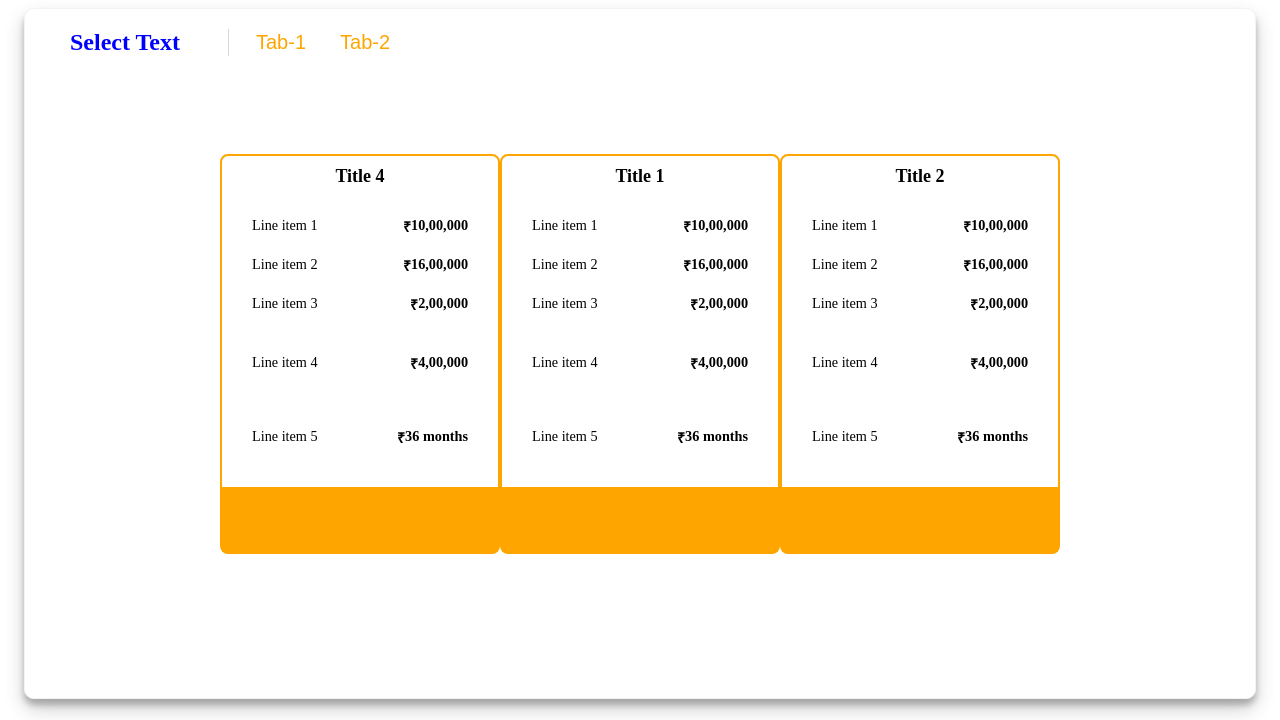
Repository: Adityanarayan-tiwari/Cardbox
Page: index.html
An editor plug-in stored every save of this project. The page is shown before and after a run of saves, followed by the edit.
The browser window is 1280 px wide. The pictures show the whole page.

Above is the page before, as saved 2020-07-25 13:37:10.

### index.html
<!DOCTYPE html>
<html lang="en">
<head>
    <meta charset="UTF-8">
    <meta name="viewport" content="width=device-width, initial-scale=1.0">
    <title>CardBox</title>
    <link rel="stylesheet" href="./index.css">
</head>
<body>




    <!-- Page Wrapper -->
    <div class="page-wrapper">
        <div class="page-heading">
            <h2>Select Text</h2>
            <button class="prev">Tab-1</button>
            <button class="next">Tab-2</button>
        </div>

        <!-- Card Slider -->
        <div class="card-slider">

            <!--  Card Wrapper -->
                <div class="card-wrapper">
                    <div class="card">
                        <h3>Title 1</h3>
                    <div class="card-content">
                        <ul>
                            <li>Line item 1</li>
                            <li><span>&#8377</span>10,00,000</li>
                        </ul>
                        <ul>
                            <li>Line item 2</li>
                            <li><span>&#8377</span>16,00,000</li>
                        </ul>
                        <ul>
                            <li>Line item 3</li>
                            <li><span>&#8377</span>2,00,000</li>
                        </ul>
                        <ul>
                            <li>Line item 4</li>
                            <li><span>&#8377</span>4,00,000</li>
                        </ul>
                        <ul>
                            <li>Line item 5</li>
                            <li><span>&#8377</span>36 months</li>
                        </ul>
                    </div>
                    <div class="lower"></div>
                    </div>
                    <div class="card">
                        <h3>Title 2</h3>
                    <div class="card-content">
                        <ul>
                            <li>Line item 1</li>
                            <li><span>&#8377</span>10,00,000</li>
                        </ul>
                        <ul>
                            <li>Line item 2</li>
                            <li><span>&#8377</span>16,00,000</li>
                        </ul>
                        <ul>
                            <li>Line item 3</li>
                            <li><span>&#8377</span>2,00,000</li>
                        </ul>
                        <ul>
                            <li>Line item 4</li>
                            <li><span>&#8377</span>4,00,000</li>
                        </ul>
                        <ul>
                            <li>Line item 5</li>
                            <li><span>&#8377</span>36 months</li>
                        </ul>
                    </div>
                    <div class="lower"></div>
                    </div>
                    <div class="card">
                        <h3>Title 3</h3>
                    <div class="card-content">
                        <ul>
                            <li>Line item 1</li>
                            <li><span>&#8377</span>10,00,000</li>
                        </ul>
                        <ul>
                            <li>Line item 2</li>
                            <li><span>&#8377</span>16,00,000</li>
                        </ul>
                        <ul>
                            <li>Line item 3</li>
                            <li><span>&#8377</span>2,00,000</li>
                        </ul>
                        <ul>
                            <li>Line item 4</li>
                            <li><span>&#8377</span>4,00,000</li>
                        </ul>
                        <ul>
                            <li>Line item 5</li>
                            <li><span>&#8377</span>36 months</li>
                        </ul>
                    </div>
                    <div class="lower"></div>
                    </div>
                    <div class="card">
                        <h3>Title 4</h3>
                    <div class="card-content">
                        <ul>
                            <li>Line item 1</li>
                            <li><span>&#8377</span>10,00,000</li>
                        </ul>
                        <ul>
                            <li>Line item 2</li>
                            <li><span>&#8377</span>16,00,000</li>
                        </ul>
                        <ul>
                            <li>Line item 3</li>
                            <li><span>&#8377</span>2,00,000</li>
                        </ul>
                        <ul>
                            <li>Line item 4</li>
                            <li><span>&#8377</span>4,00,000</li>
                        </ul>
                        <ul>
                            <li>Line item 5</li>
                            <li><span>&#8377</span>36 months</li>
                        </ul>
                    </div>
                    <div class="lower"></div>
                    </div>
                </div>
            <!-- // Card Wrapper -->

        </div>
        <!-- // Card Slider -->

    </div>
    <!-- // Page Wrapper -->







    <!-- JQuery cdn Link -->
    <script src="https://code.jquery.com/jquery-3.5.1.slim.min.js"></script>

    <!-- Slick Carousel JS cdn Link -->
    <script type="text/javascript" src="https://cdn.jsdelivr.net/npm/slick-carousel@1.8.1/slick/slick.min.js"></script>

    <!-- Custom JavaScript -->
    <script src="./index.js"></script>
</body>
</html>

### index.css




.page-wrapper{
    max-width: 1200px;
    margin: 0 auto;
    padding: 0 15px;
    border: 1px solid #f3f3f3;
    box-shadow: 0 10px 20px rgba(0,0,0,0.19), 0 6px 6px rgba(0,0,0,0.23);
    border-radius: 10px;
}



.page-heading{
    display: flex;
}
.page-heading h2 {
    margin: 20px 30px;
    color: blue;
    padding-right: 4%;
    border-right: 1px solid rgb(223, 213, 213);
    margin-right: 10px;
}
.page-heading .next,.prev {
    margin: 10px;
    display: block;
    background: transparent;
    border: 1px solid transparent;
    color: orange;
    font-size: 20px;
    outline: none;
    cursor: pointer;
}
.page-heading .next:hover{
    text-decoration: underline;
}
.page-heading .prev:hover{
    text-decoration: underline;
}



.card-slider{
    margin: 2% auto 0% auto;
    /* background-color:yellowgreen; */
    /* border: 1px solid black;     */
}
.card-slider .card-wrapper{
    width: 70%;
    height: 550px;
    margin: 0 auto;
    overflow: hidden;
    /* background-color: bisque; */
    /* border:1px solid green; */
    padding: 2% 0;
}


.card-slider .card-wrapper .card{
    max-width: 300px;
    min-height: 400px;
    margin: 30px 0px 20px 0px;

    border: 2px solid orange;
    border-radius: 8px;
    background:white;
    outline: none;
    box-sizing:border-box;

    display: inline-block;
    position: relative;
}
.card:hover:after{
    position: absolute;
    content:'';
    bottom:-15px;
    width: 100%;
    height: 6px;
    border-radius: 40%;
    background:rgb(247, 243, 243);
}


.card h3{
    font-size: 18px;
    margin:0 auto;
    margin-top: 10px;
    margin-bottom:0px;
    text-align: center;
}


.card-content{
    padding: 20px 10px;
    padding-bottom: 60px;
}
.card-content ul{
    padding: 0;
    margin: 0;
    padding: 10px 0;
    display: flex;
    justify-content: space-between;
}
.card-content ul li{
    list-style: none;
    display: flex;
    padding: 0 20px;
    font-size: 0.89em;
}
.card-content ul li:nth-child(2){
    font-weight: bold;
}

.card-content ul:nth-child(4) {
    padding-top: 30px;
    padding-bottom: 35px;
}
.card-content ul:nth-child(5){
    padding-top: 20px;
    padding-bottom: 5px;
}
.lower {
    width: 100%;
    background: orange;
    height: 65px;
    box-sizing: border-box;
    position: absolute;
    bottom: 0;
    padding-top: 10px;
}


    /* card hover  */

.card.active:hover {
    /* transform: scale(1.3); */
    transform:  translateX(0px) translateY(-36px) translateZ(0px) scale(1.2);
    transition: 1s ease-in-out;
    z-index: 1;
}

.card.active:hover h3{
    background: orange;
    border-radius: 20px;
    color: white;
    padding: 1% 3% 4% 3%;
    position: absolute;
    top: -3%;
    left: 50%;
    transform: translate(-50%,-50%);
    width: 150px;
}
.card:hover .middle {
    padding-top: 50px;
    padding-bottom: 60px;
}

.slick-slide + .slick-slide {
    pointer-events: none;
}
.slick-slide + .slick-current  {
    pointer-events: fill;
}



.card-wrapper .card:nth-child(1){
    order: 1;
    /* pointer-events: none; */
}
.card-wrapper .card:nth-child(2){
    order: 2;
}

### index.js
$(document).ready(function(){
    $('.card-wrapper').slick({

    slidesToShow: 3,
    slidesToScroll: 1,

    accessibility: true,
    adaptiveHeight: true,
    centerMode: true,
    centerPadding: '0px',

    nextArrow:$('.next'),
    prevArrow:$('.prev'),
    responsive: [
    {
        breakpoint: 1240,
        settings: {
            arrows: true,
            slidesToShow: 3
        }
        },
        {
        breakpoint: 768,
        settings: {
            arrows: false,
            slidesToShow: 3
        }
        },
        {
        breakpoint: 480,
        settings: {
            arrows: false,
            slidesToShow: 1
        }
        }
    ]

    });
    $('.card-wrapper').on('afterChange', function(event, slick, currentSlide){
        $('.card').removeClass('active');
        $('.card').addClass('active');
    });

    $('.card-wrapper').on('beforeChange', function(event, slick, currentSlide){
        $('.card').removeClass('active');
        $('.card').addClass('active');
    });
});

After the next 3 saves:
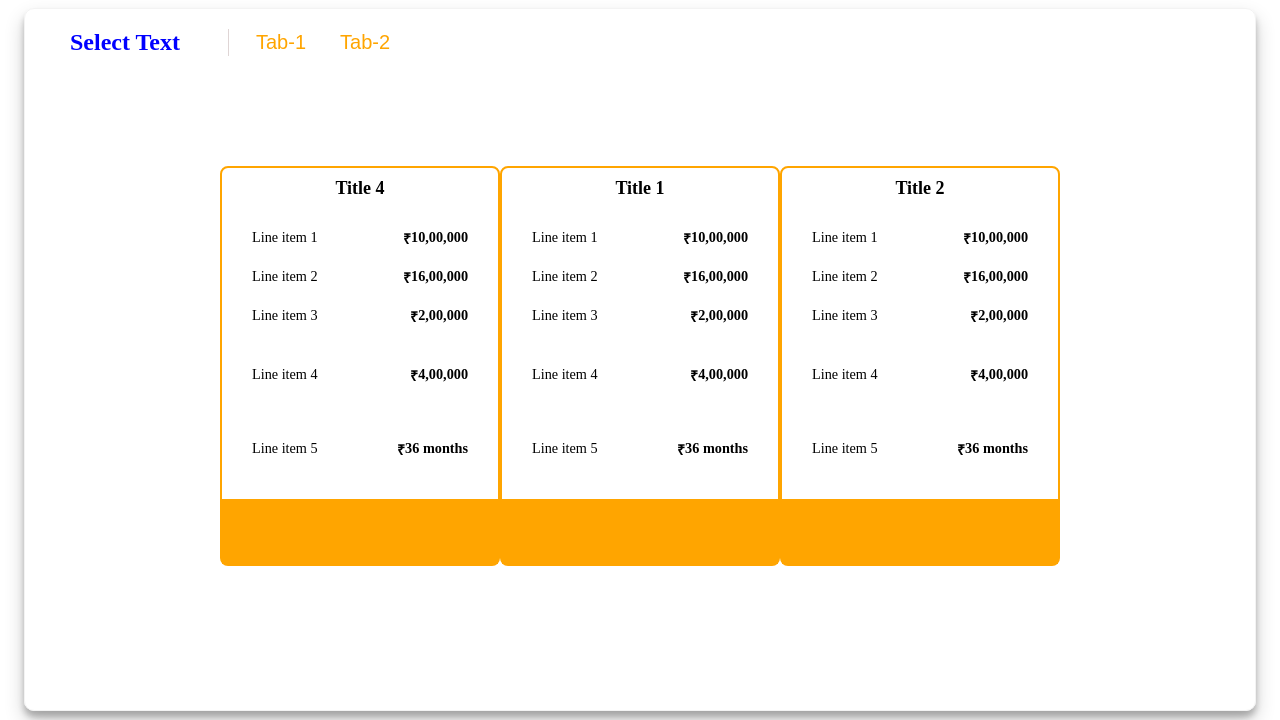
The 3 saves are shown as one change because they came seconds apart.
The last was saved 66 s later.
--- a/index.css
+++ b/index.css
@@ -54,7 +54,7 @@
     overflow: hidden;
     /* background-color: bisque; */
     /* border:1px solid green; */
-    padding: 2% 0;
+    padding: 3% 0 2% 0%;
 }
 
 
